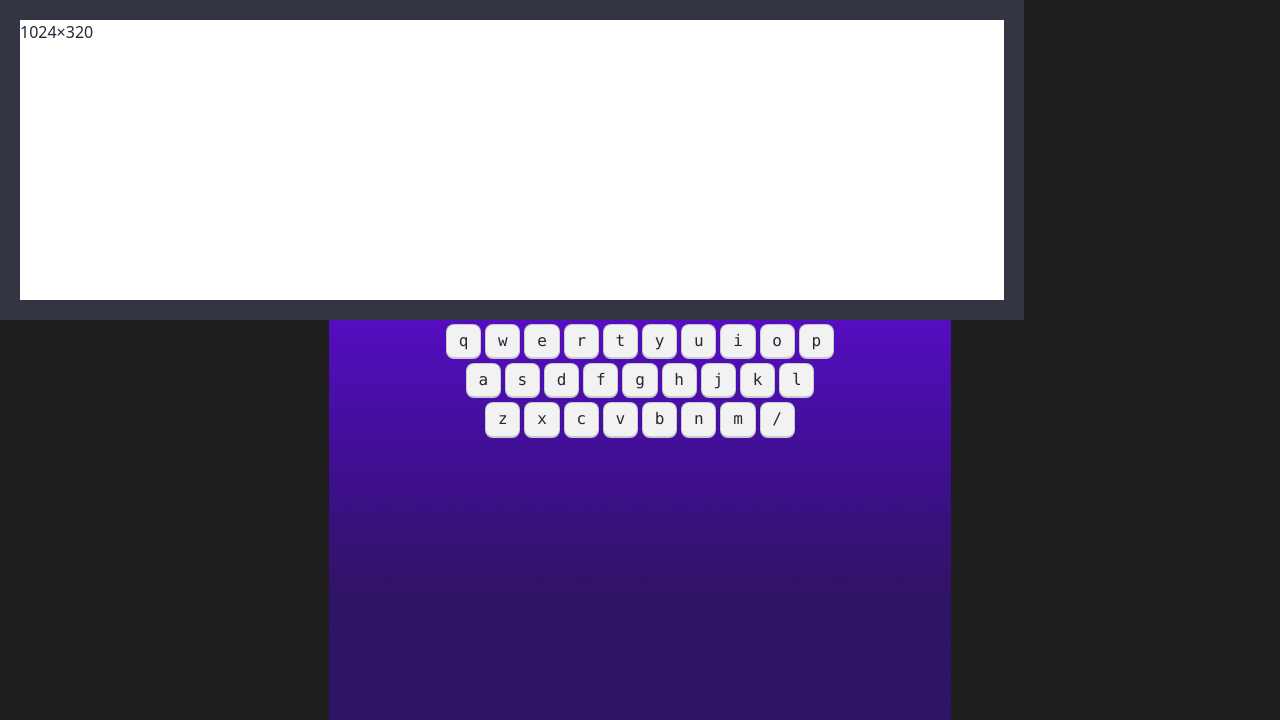
Repository: RudrasahaDibos/Alphabet-clash-
Page: index.html
An editor plug-in stored every save of this project. The page is shown before and after a run of saves, followed by the edit.
The browser window is 1280 px wide. The pictures show the whole page.
Some web fonts or font styles are not loaded; a fallback is used. Some web libraries are served in a nearby version.

Above is the page before, as saved 2024-11-04 11:56:22.

After the next 2 saves:
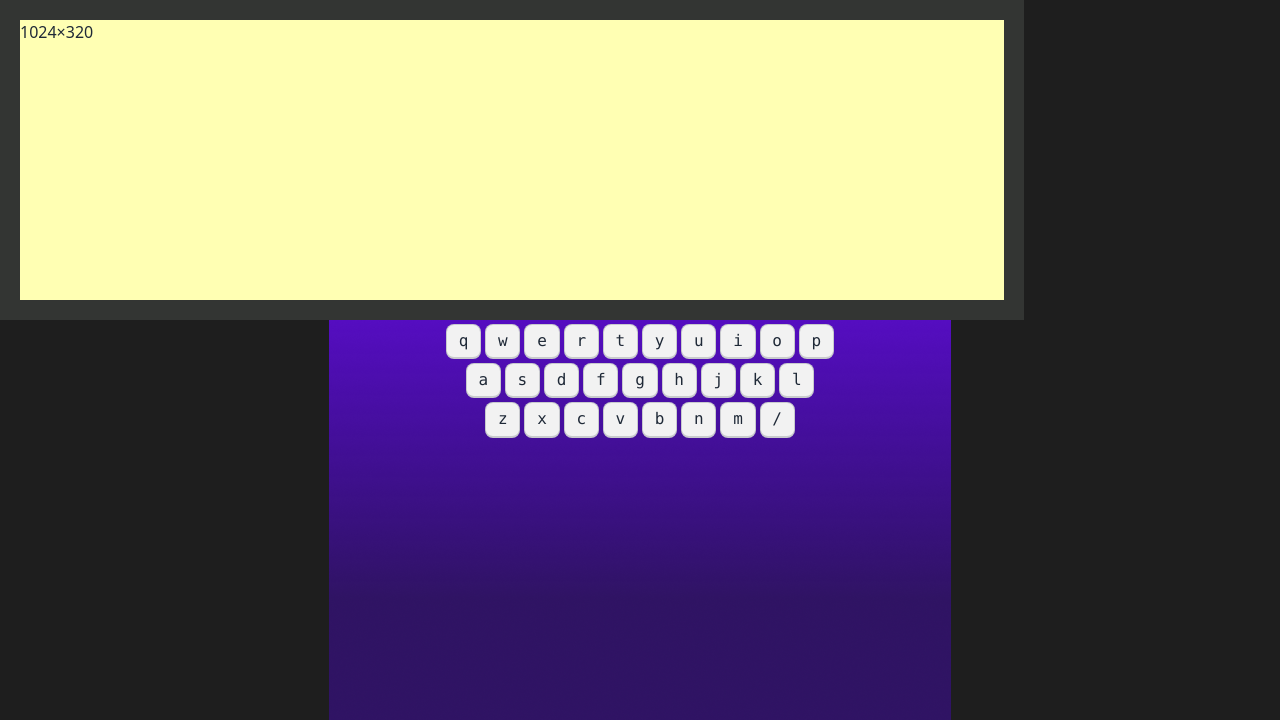
The 2 saves are shown as one change because they came seconds apart.
The last was saved 9 s later.
--- a/index.html
+++ b/index.html
@@ -32,7 +32,7 @@
             <!-- midlle screen start here -->
             <section>
                     <!-- display screen start here -->
-                    <div class="artboard artboard-horizontal phone-6 border-[20px] border-[#010313CC] bg-[#ffff]">
+                    <div class="artboard artboard-horizontal phone-6 border-[20px] border-[#010313CC] bg-[#ffffB3]">
                         1024×320
                     </div>
                      <!-- dispaly screen end here -->
